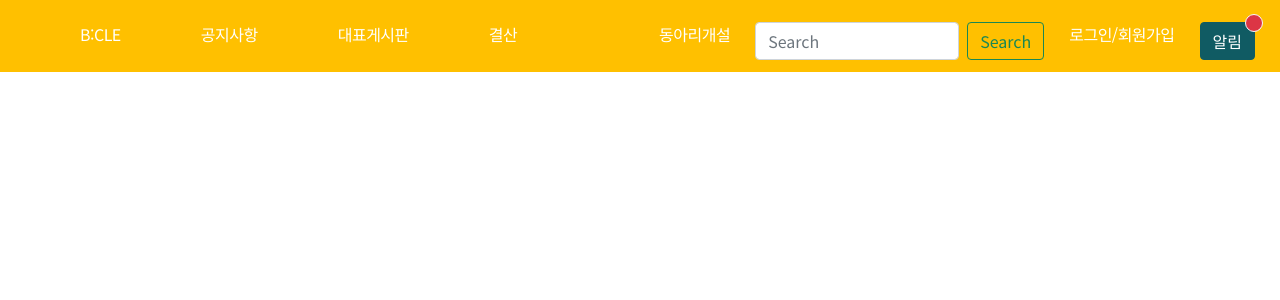
Repository: CHAEYUN7074/SpringProject_Bcle
Page: http://localhost/Bcle/navLogin.jsp
The author's editor kept a copy of each file at every save. The page is drawn from the files as they stood at one save, then again after the next save.
The browser window is 1280 px wide. The pictures show the whole page.
Some web fonts or font styles are not loaded; a fallback is used. The page is served by Tomcat 9.

Above is the page before, as saved 2021-12-18 05:14:06.

### Bcle/WebContent/navLogin.jsp
<%@ page contentType="text/html; charset=UTF-8"%>
<%@ taglib prefix="c" uri="http://java.sun.com/jsp/jstl/core"%>
<%
   request.setCharacterEncoding("UTF-8");
String cp = request.getContextPath();
%>
<!DOCTYPE html>
<html lang="ko">
<head>
<meta charset="UTF-8">
<meta name="viewport" content="width=device-width, initial-scale=1">
<title>B:CLE</title>
<!-- <link rel="stylesheet" href="css/main.css"> -->
<link rel="stylesheet" href="css/font-awesome.min.css">
<link
   href="https://cdn.jsdelivr.net/npm/bootstrap@5.1.3/dist/css/bootstrap.min.css"
   rel="stylesheet"
   integrity="sha384-1BmE4kWBq78iYhFldvKuhfTAU6auU8tT94WrHftjDbrCEXSU1oBoqyl2QvZ6jIW3"
   crossorigin="anonymous">

<style>
@import
   url('https://fonts.googleapis.com/css?family=Exo+2|Noto+Sans+KR&display=swap')
   ;
/*reset*/
* {
   margin: 0;
   padding: 0;
}
body {
   margin: 0;
}
h1, h2, h3, h4, h5, h6, p, ul, ol, li, dl, dt, dd {
   margin: 0;
   padding: 0;
}
h1, h2, h3, h4, h5, h6 {
   font-weight: 700;
   font-size: inherit;
}
a {
   color: inherit;
   text-decoration: inherit;
}
img {
   vertical-align: middle;
}
a img {
   border: none;
}
li {
   list-style: none;
}
address, em, i, ul {
   font-style: normal;
}
.mo {
   display: none;
}
body {
   font-family: 'Noto Sans KR', sans-serif;
   font-size: 14px;
}
header {
   font-family: 'Noto Sans KR', sans-serif;
   letter-spacing: -0.5px;
   background: rgb(255, 192, 0);
   color: white;
   height: 10vh;
   width: 100%;
   position: relative;
   margin-top: -20px;
}
.mainHeader {
   width: 100%;
   margin-top: 20px;
   box-sizing: border-box;
   vertical-align: center;
}
.mainHeader .gnbMo {
   display: none;
}
.mainHeader .gnb {
   float: left;
   margin-left: 80px;
   margin-top: 3vh;
}
.mainHeader .gnb li {
   float: left;
   margin-right: 80px;
}
.mainHeader .gnb li a {
   display: block;
   width: 100%;
   height: 100%;
   text-align: center;
   color: #fff;
   font-size: 16px;
   text-decoration-line: none;
}
.mainHeader .gnb li a:hover, .mainHeader .gnb li a:focus {
   color: #ff8342;
}
.mainHeader .tnb {
   float: right;
   margin-top: 3vh;
}
.mainHeader .tnb li {
   float: left;
   margin-right: 25px;
}
.mainHeader .tnb li a {
   display: block;
   width: 100%;
   height: 100%;
   text-align: center;
   font-size: 16px;
   color: #fff;
   text-decoration-line: none;
}
.mainHeader .tnb li:nth-child(1) a i, .mainHeader .tnb li:nth-child(2) a i
   {
   font-size: 20px;
   margin-right: 8px;
}
.mainHeader .tnb li:last-child a {
   display: block;
   width: 105px;
   line-height: 2;
   border: 1px solid #fff;
   border-radius: 30px;
   margin-top: 35px;
}
.mainHeader .tnb li:last-child a i {
   margin-left: 5px;
}
.mainHeader .tnb li:last-child a:hover {
   background: #fff;
   color: #ff8342;
   transition: all 0.3s;
}
.btn-primary {
    color: #fff;
    background-color: #105b63;
    border-color: #105b63;
}
</style>


</head>
<body>
   <!--header-->
   <header>
      <div class="mainHeader">
         <nav class="gnb">
            <ul>
               <li><a href="#">B:CLE</a></li>
               <li><a href="#">공지사항</a></li>
               <li><a href="#">대표게시판</a></li>
               <li><a href="#">결산</a></li>
            </ul>
         </nav>
         <nav class="tnb">
            <ul>

               <li><a href="ClubCreate.jsp">동아리개설</a></li>

               <li>
                  <form class="d-flex">
                     <input class="form-control me-2" type="search"
                        placeholder="Search" aria-label="Search">
                     <button class="btn btn-outline-success" type="submit">Search</button>
                  </form>
               </li>




               <li><a href="#"></i>로그인/회원가입</a></li>
               <li><button type="button"
                     class="btn btn-primary position-relative">
                     알림 <span
                        class="position-absolute top-0 start-100 translate-middle p-2 bg-danger border border-light rounded-circle">
                        <span class="visually-hidden">New alerts</span>
                     </span>
                  </button></li>
            </ul>
         </nav>
         <nav class="gnbMo">
            <a href="#"><i class="fa fa-bars" aria-hidden="true"></i></a>
         </nav>
      </div>
   </header>
</body>
</html>

After the next save:
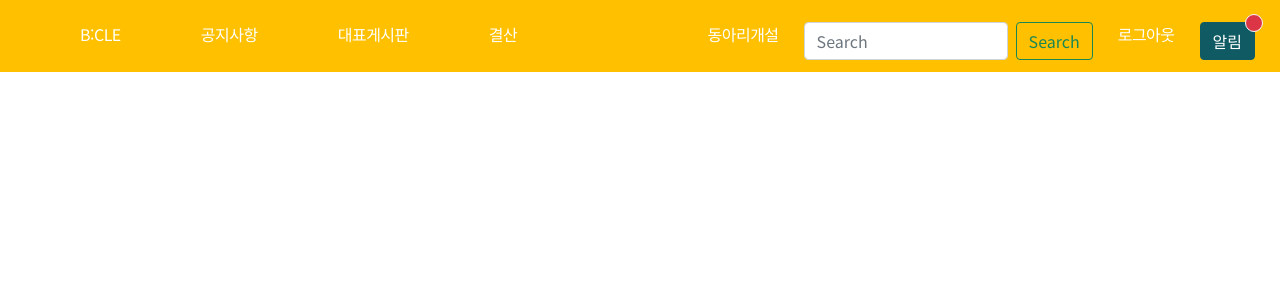
Saved 9 min 54 s later.
--- a/Bcle/WebContent/navLogin.jsp
+++ b/Bcle/WebContent/navLogin.jsp
@@ -176,7 +176,7 @@ header {
 
 
 
-               <li><a href="#"></i>로그인/회원가입</a></li>
+               <li><a href="logout.action"></i>로그아웃</a></li>
                <li><button type="button"
                      class="btn btn-primary position-relative">
                      알림 <span
